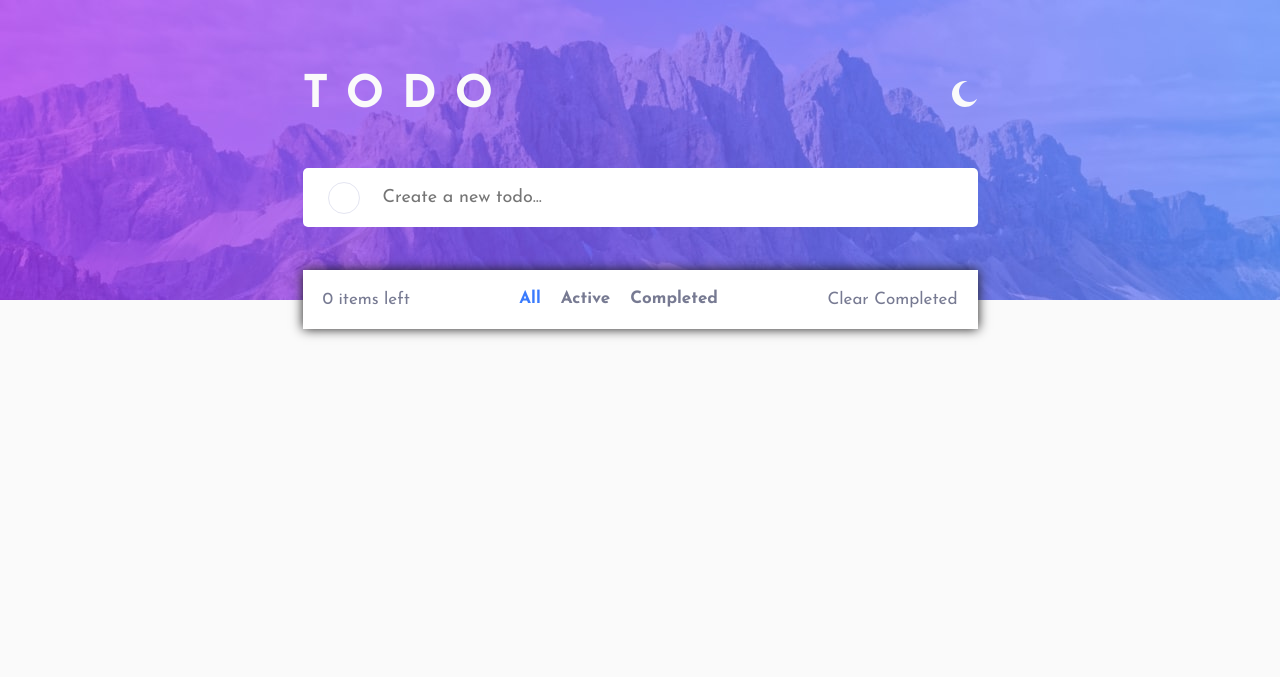
Repository: tomas938/todo-app
Page: /
These files come from the project's save history. The page is drawn as it stood at one moment and after the next save; the edit follows.
The browser window is 1280 px wide. The pictures show the whole page.
The project was rebuilt for these pictures with package versions that can differ from the ones it lists, and the page was loaded fresh each time.

Above is the page before, as saved 2021-08-19 20:49:45.

### src/main.js
import { createApp } from "vue";
import App from "./App.vue";
import router from "./router";

createApp(App)
	.use(router)
	.mount("#app");

### src/App.vue
<template>
	<router-view />
</template>

<style lang="scss">
@import "/src/scss/_variables";
:root {
	.dark {
		--bg-image: url(./assets/bg-desktop-dark.jpg);
		--items-bg-color: hsl(235, 24%, 19%);
		--body-bg: hsl(235, 21%, 11%);
		--todo-text: hsl(236, 33%, 92%);
		--todo-border: hsl(237, 14%, 26%);
	}
	.light {
		--bg-image: url(./assets/bg-desktop-light.jpg);
		--items-bg-color: hsl(0, 0%, 100%);
		--body-bg: hsl(0, 0%, 98%);
		--todo-text: hsl(233, 14%, 35%);
		--todo-border: hsl(236, 33%, 92%);
	}
}

* {
	margin: 0;
	padding: 0;
	box-sizing: border-box;
}
html {
	font-size: 62.5%;
}
body {
	font-size: 1.8rem;
	font-family: $font-primary;
	background-color: var(--body-bg);
}

li {
	list-style: none;
}
</style>

### src/router/index.js
import { createRouter, createWebHashHistory } from "vue-router";
import Home from "../views/Home.vue";

const routes = [
	{
		path: "/",
		name: "Home",
		component: Home,
	},
];

const router = createRouter({
	history: createWebHashHistory(),
	routes,
});

export default router;

### src/scss/_variables.scss
// LINK COLLORS-PRIMARY //

$primary: hsl(220, 98%, 61%);
$primary-bg: linear-gradient(rgb(87, 221, 255), hsl(280, 87%, 65%));

// LINK LIGHT THEME //

$light-gray: hsl(0, 0%, 98%);
$very-light-grayish-blue: hsl(236, 33%, 92%);
$light-grayish-blue: hsl(233, 11%, 84%);
$dark-grayish-blue: hsl(236, 9%, 61%);
$very-dark-grayish-blue: hsl(235, 19%, 35%);

// LINK DARK THEME //

$very-dark-blue: hsl(235, 21%, 11%);
$dark-desaturated-blue: hsl(235, 24%, 19%);
$light-grayish-blue--dark: hsl(234, 39%, 85%);
$light-grayish-blue--dark-hover: hsl(236, 33%, 92%);
$dark-grayish-blue--dark: hsl(234, 11%, 52%);
$very-dark-grayish-blue--dark: hsl(233, 14%, 35%);
$very-dark-grayish-blue--dark-2: hsl(237, 14%, 26%);

// LINK FONT //

@import url("https://fonts.googleapis.com/css2?family=Josefin+Sans:wght@400;700&display=swap");
$font-primary: "Josefin Sans", sans-serif;
$light: 400;
$bold: 700;

### src/views/Home.vue
<template>
	<Todos />
</template>

<script>
import Todos from "../components/Todos.vue";
export default {
	components: {
		Todos,
	},
};
</script>
<style lang="scss"></style>

### src/components/Todos.vue
<template>
	<Header @create-todo="newTodo($event)" />
	<main>
		<div class="wrapper">
			<transition-group name="list" class="todos" tag="ul" appear>
				<li
					v-for="(todo, index) in filteredTodos"
					:key="todo.name"
					class="todo-item"
				>
					<div
						class="todo "
						:class="{ complete: todo.completed }"
						@click="todo.completed = !todo.completed"
					></div>
					<span>{{ todo.name }}</span>
					<svg
						@click="removeTodo(index)"
						class="close"
						xmlns="http://www.w3.org/2000/svg"
						width="18"
						height="18"
					>
						<path
							fill="#494C6B"
							fill-rule="evenodd"
							d="M16.97 0l.708.707L9.546 8.84l8.132 8.132-.707.707-8.132-8.132-8.132 8.132L0 16.97l8.132-8.132L0 .707.707 0 8.84 8.132 16.971 0z"
						/>
					</svg>
				</li>
			</transition-group>
			<div class="filters">
				<div class="items-left">
					<span>{{ filteredTodos.length }} items left</span>
				</div>
				<div class="filter">
					<span :class="{ active: filter === 'all' }" @click="filter = 'all'"
						>All</span
					>
					<span
						:class="{ active: filter === 'active' }"
						@click="filter = 'active'"
						>Active</span
					>
					<span
						:class="{ active: filter === 'completed' }"
						@click="filter = 'completed'"
						>Completed</span
					>
				</div>
				<div class="clear">
					<span @click="clearTodos">Clear Completed</span>
				</div>
			</div>
		</div>
	</main>
</template>

<script>
import Header from "../components/Header";
export default {
	components: {
		Header,
	},
	data() {
		return {
			LOCAL_STORAGE_KEY: "todoApp",
			todos: JSON.parse(localStorage.getItem(this.LOCAL_STORAGE_KEY)) || [],
			filter: "all",
		};
	},
	mounted() {
		if (localStorage.getItem(this.LOCAL_STORAGE_KEY))
			this.todos = JSON.parse(localStorage.getItem(this.LOCAL_STORAGE_KEY));
	},
	watch: {
		todos: {
			deep: true,
			handler(newValue) {
				localStorage.setItem(this.LOCAL_STORAGE_KEY, JSON.stringify(newValue));
			},
		},
	},
	methods: {
		newTodo(newTodo) {
			if (newTodo !== "") {
				this.todos.unshift({ name: newTodo, completed: false });
			}
		},
		removeTodo(index) {
			this.todos.splice(index, 1);
		},
		clearTodos() {
			this.todos = this.todos.filter((todo) => !todo.completed);
		},
	},
	computed: {
		filteredTodos() {
			if (this.filter === "all") {
				return this.todos;
			} else if (this.filter === "active") {
				return this.todos.filter((todo) => !todo.completed);
			} else if (this.filter === "completed") {
				return this.todos.filter((todo) => todo.completed);
			}
			return this.todos;
		},
	},
};
</script>

<style lang="scss" scoped>
@import "/src/scss/_variables";

main {
	transform: translateY(-3rem);
	display: flex;
	flex-direction: column;
	max-width: 73.5rem;
	margin: 0 auto;
	padding: 0 3rem;
}
.wrapper {
	box-shadow: 0px 0px 11px 0px #1a1919;
}
.todos {
	position: relative;
	border-radius: 0.5rem;
	background-color: var(--items-bg-color);
}
.todo-item {
	position: relative;
	display: flex;
	justify-content: space-between;
	align-items: center;
	width: 100%;
	padding: 2rem;
	padding-left: 8rem;
	font-family: $font-primary;
	font-weight: $light;
	color: var(--todo-text);
	border-bottom: 1px solid var(--todo-border);
	.todo {
		cursor: pointer;
		content: "";
		position: absolute;
		display: flex;
		align-items: center;
		justify-content: center;
		top: 50%;
		transform: translateY(-50%);
		left: 2.5rem;
		width: 3rem;
		height: 3rem;
		border-radius: 50%;
		border: 1px solid var(--todo-border);
	}
	.complete {
		background-image: url("../assets/icon-check.svg"), $primary-bg;
		background-repeat: no-repeat;
		background-position: center;
	}
	.close {
		cursor: pointer;
		opacity: 0;
	}
	&:hover {
		.close {
			transition: opacity 0.5s ease-in-out;
			opacity: 1;
		}
	}
}
.filters {
	display: flex;
	justify-content: space-between;
	background-color: var(--items-bg-color);
	padding: 2rem;
	.filter {
		font-weight: $bold;
		display: flex;
		gap: 2rem;
		.active {
			color: $primary;
			transition: color 0.3s ease-in-out;
		}
	}
	.items-left {
		span {
			cursor: auto;
		}
	}
	span {
		color: $dark-grayish-blue--dark;
		cursor: pointer;
		font-size: 1.7rem;
	}
}
// TRANSITIONS //
.list-enter-active {
	transition: all 0.7s ease;
}
.list-enter-from {
	opacity: 0;
	transform: scale(0.6);
}
.list-enter-to {
	opacity: 1;
	transform: scale(1);
}
.list-leave-active {
	transition: all 0.7s ease;
	position: absolute;
}
.list-leave-from {
	opacity: 1;
	transform: scale(1);
}
.list-leave-to {
	opacity: 0;
	transform: scale(0.6);
}
.list-move {
	transition: all 0.8s ease;
}
</style>

### src/components/Header.vue
<template>
	<header>
		<nav class="nav container">
			<div class="nav__title">
				<h1>todo</h1>
			</div>
			<svg
				v-if="ligth"
				@click="changeTheme"
				class="nav__theme"
				xmlns="http://www.w3.org/2000/svg"
				width="26"
				height="26"
			>
				<path
					fill="#fafafa"
					fill-rule="evenodd"
					d="M13 0c.81 0 1.603.074 2.373.216C10.593 1.199 7 5.43 7 10.5 7 16.299 11.701 21 17.5 21c2.996 0 5.7-1.255 7.613-3.268C23.22 22.572 18.51 26 13 26 5.82 26 0 20.18 0 13S5.82 0 13 0z"
				/>
			</svg>
			<svg
				v-else
				@click="changeTheme"
				xmlns="http://www.w3.org/2000/svg"
				width="26"
				height="26"
			>
				<path
					fill="#fafafa"
					fill-rule="evenodd"
					d="M13 21a1 1 0 011 1v3a1 1 0 11-2 0v-3a1 1 0 011-1zm-5.657-2.343a1 1 0 010 1.414l-2.121 2.121a1 1 0 01-1.414-1.414l2.12-2.121a1 1 0 011.415 0zm12.728 0l2.121 2.121a1 1 0 01-1.414 1.414l-2.121-2.12a1 1 0 011.414-1.415zM13 8a5 5 0 110 10 5 5 0 010-10zm12 4a1 1 0 110 2h-3a1 1 0 110-2h3zM4 12a1 1 0 110 2H1a1 1 0 110-2h3zm18.192-8.192a1 1 0 010 1.414l-2.12 2.121a1 1 0 01-1.415-1.414l2.121-2.121a1 1 0 011.414 0zm-16.97 0l2.121 2.12A1 1 0 015.93 7.344L3.808 5.222a1 1 0 011.414-1.414zM13 0a1 1 0 011 1v3a1 1 0 11-2 0V1a1 1 0 011-1z"
				/>
			</svg>
		</nav>
		<div class="new-todo">
			<input
				type="text"
				placeholder="Create a new todo..."
				v-model="newTodo"
				@keypress.enter="$emit('create-todo', newTodo)"
			/>
		</div>
	</header>
</template>

<script>
export default {
	data() {
		return {
			newTodo: "",
			ligth: true,
			body: document.body,
		};
	},
	methods: {
		changeTheme() {
			this.ligth = !this.ligth;
			if (!this.ligth) {
				this.body.classList.remove("light");
				this.body.classList.add("dark");
			} else {
				this.body.classList.remove("dark");
				this.body.classList.add("light");
			}
		},
	},
	mounted() {
		this.body.classList.add("light");
	},
};
</script>

<style lang="scss" scoped>
@import "/src/scss/_variables";

header {
	height: 30rem;
	display: flex;
	flex-direction: column;
	align-items: center;
	justify-content: center;
	gap: 5rem;
	padding: 3rem;
	background-image: var(--bg-image);
	background-repeat: no-repeat;
	background-size: cover;
}
.nav {
	max-width: 67.5rem;
	width: 100%;
	display: flex;
	justify-content: space-between;
	align-items: baseline;
	&__title h1 {
		font-size: 4.5rem;
		letter-spacing: 1.8rem;
		text-transform: uppercase;
	}

	svg {
		cursor: pointer;
	}
}
.new-todo {
	max-width: 67.5rem;
	width: 100%;
	position: relative;
	&::before {
		content: "";
		position: absolute;
		top: 50%;
		transform: translateY(-50%);
		left: 2.5rem;
		width: 3rem;
		height: 3rem;
		border-radius: 50%;
		border: 1px solid var(--todo-border);
	}
}
input {
	background-color: var(--items-bg-color);
	color: var(--todo-text);
	width: 100%;
	outline: none;
	border: none;
	padding: 2rem;
	padding-left: 8rem;
	border-radius: 0.5rem;
	font-size: 1.8rem;
	font-family: $font-primary;
	font-weight: $light;
}
h1 {
	color: $light-gray;
}
</style>

Loaded but not shown: public/index.html (common file)

After the next save:
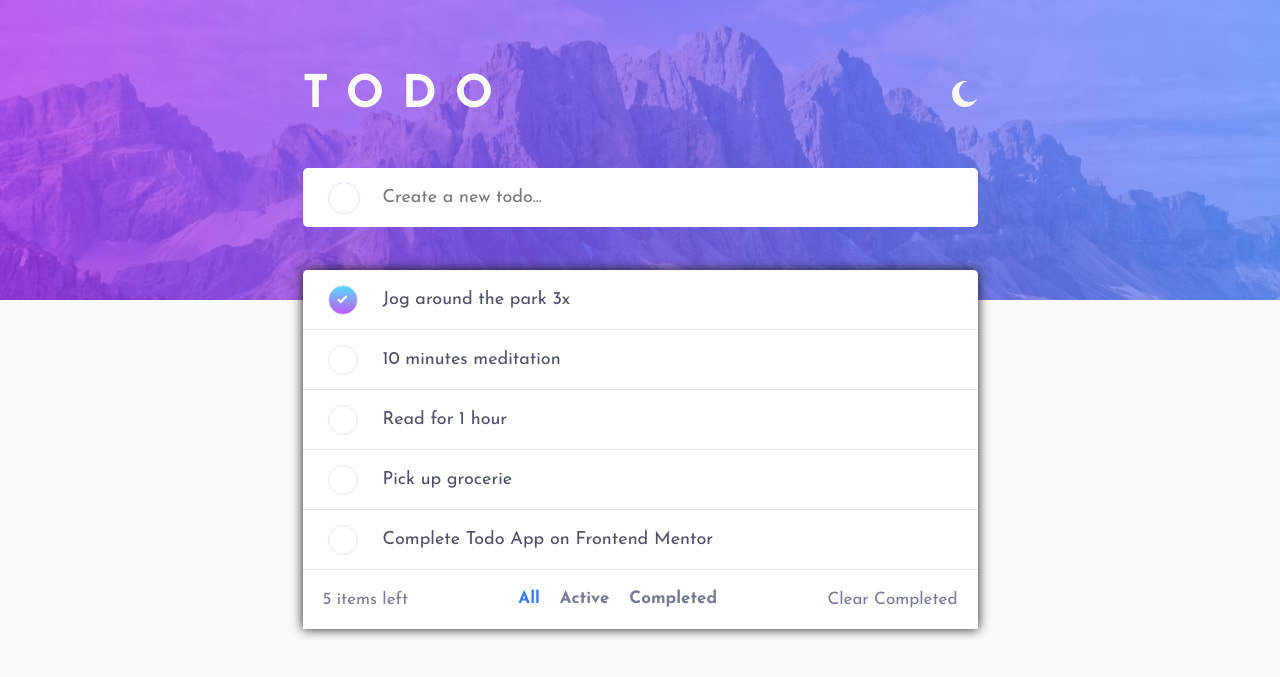
Saved 103 s later.
--- a/src/components/Todos.vue
+++ b/src/components/Todos.vue
@@ -65,7 +65,28 @@ export default {
 	data() {
 		return {
 			LOCAL_STORAGE_KEY: "todoApp",
-			todos: JSON.parse(localStorage.getItem(this.LOCAL_STORAGE_KEY)) || [],
+			todos: JSON.parse(localStorage.getItem(this.LOCAL_STORAGE_KEY)) || [
+				{
+					name: "Jog around the park 3x",
+					completed: true,
+				},
+				{
+					name: "10 minutes meditation",
+					completed: false,
+				},
+				{
+					name: "Read for 1 hour",
+					completed: false,
+				},
+				{
+					name: "Pick up grocerie",
+					completed: false,
+				},
+				{
+					name: "Complete Todo App on Frontend Mentor",
+					completed: false,
+				},
+			],
 			filter: "all",
 		};
 	},
